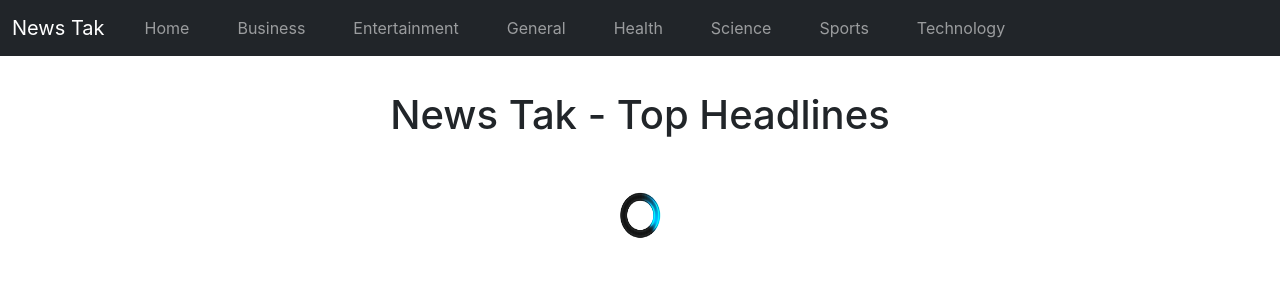
Repository: Rohit-foryou/News-website
Page: /health
The author's editor kept a copy of each file at every save. The page is drawn from the files as they stood at one save, then again after the next save.
The browser window is 1280 px wide. The pictures show the whole page.
The page's requests for data from a server got no answer. The project was rebuilt for these pictures with package versions that can differ from the ones it lists, and the page was loaded fresh each time. No one was signed in, and anything a server would have sent is missing. Also part of the build but not shown: src/Components/NewsItem.js.

Above is the page before, as saved 2024-01-11 23:25:37.

After the next save:
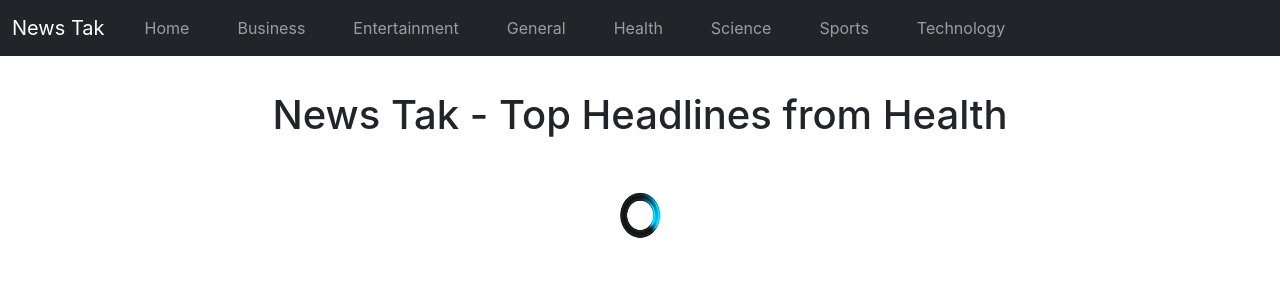
Saved 26 s later.
--- a/src/Components/News.js
+++ b/src/Components/News.js
@@ -20,129 +20,109 @@ export class News extends Component {
     category: PropTypes.string,
   }
 
-  constructor() {
-    super();
+  capitalizeFirstLetter = (string) => {
+    return string.charAt(0).toUpperCase() + string.slice(1);
+  }
+
+  constructor(props) {
+    super(props);
     // console.log("hello i am constructor");
     this.state = {
       articles: [],
       loading: false,
       page: 1,
     };
+    document.title = `${this.capitalizeFirstLetter(this.props.category)} - News Tak`;
   }
 
 
 
   async componentDidMount() {
-    let url =
-      `https://newsapi.org/v2/top-headlines?country=${this.props.country}&category=${this.props.category}&apiKey=fa3dbec13bb44cd2a222250b4aea8871&page=1&pageSize=${this.props.pageSize}`;
-      this.setState({loading: true});
-    let data = await fetch(url);
-    let parsedData = await data.json();
-    console.log(parsedData);
-    this.setState({
-        articles: parsedData.articles, totalResults: parsedData.totalResults, loading: false });
+    this.update();
   }
 
   handleNextClick = async () => {
-    if(!(this.state.page + 1 >Math.ceil(this.state.totalResults/this.props.pageSize))){
-        let url = `https://newsapi.org/v2/top-headlines?country=${this.props.country}&category=${this.props.category}&apiKey=fa3dbec13bb44cd2a222250b4aea8871&page=${this.state.page + 1}&pageSize=${this.props.pageSize}`;
+    this.setState({ page: this.state.page + 1 });
+    this.update();
 
-        this.setState({loading: true});
-        let data = await fetch(url);
-        let parsedData = await data.json();
-        console.log(parsedData);
-
-        this.setState({
-          page: this.state.page + 1,
-          articles: parsedData.articles,
-          loading: false
-        });
-
-    }
   };
 
 
   handlePrevClick = async () => {
-    let url = `https://newsapi.org/v2/top-headlines?country=${this.props.country}&category=${this.props.category}&apiKey=fa3dbec13bb44cd2a222250b4aea8871&page=${this.state.page - 1}&pageSize=${this.props.pageSize}`;
-
-      this.setState({loading: true});
-      let data = await fetch(url);
-      let parsedData = await data.json();
-      console.log(parsedData);
-
-      this.setState({
-        page: this.state.page - 1,
-        articles: parsedData.articles,
-        loading: false,
-      });
+    this.setState({ page: this.state.page - 1 });
+    this.update();
   };
 
   async update() {
-      const url = `https://newsapi.org/v2/top-headlines?country=${this.props.country}&category=${this.props.category}&apiKey=fa3dbec13bb44cd2a222250b4aea8871&page=${this.state.page - 1}&pageSize=${this.props.pageSize}`;
+    this.props.setProgress(0);
+    const url = `https://newsapi.org/v2/top-headlines?country=${this.props.country}&category=${this.props.category}&apiKey=fa3dbec13bb44cd2a222250b4aea8871&page=${this.state.page - 1}&pageSize=${this.props.pageSize}`;
 
-      this.setState({loading: true});
-      let data = await fetch(url);
-      let parsedData = await data.json();
+    this.setState({loading: true});
+    let data = await fetch(url);
+    let parsedData = await data.json();
 
-      this.setState({
-        totalResults: parsedData.data.articles,
-        articles: parsedData.articles,
-        loading: false,
-      });
+    this.setState({
+      totalResults: parsedData.articles,
+      articles: parsedData.articles,
+      loading: false,
+    });
+    this.props.setProgress(100);
 
-  };
+};
 
   fetchMoreData = async () => {
-    this.setState({page: this.state.page+1})
+    this.setState({ page: this.state.page + 1 })
     const url = `https://newsapi.org/v2/top-headlines?country=${this.props.country}&category=${this.props.category}&apiKey=fa3dbec13bb44cd2a222250b4aea8871&page=${this.state.page - 1}&pageSize=${this.props.pageSize}`;
 
-      this.setState({loading: true});
-      let data = await fetch(url);
-      let parsedData = await data.json();
+    this.setState({ loading: true });
+    let data = await fetch(url);
+    let parsedData = await data.json();
 
-      this.setState({
-        totalResults: parsedData.data.articles,
-        articles: this.state.articles.concat(parsedData.articles),
-        loading: false,
-      });
+    this.setState({
+      totalResults: parsedData.totalResults,
+      articles: this.state.articles.concat(parsedData.articles),
+      loading: false,
+    });
   };
 
 
   render() {
     return (
-      <div className="container my-3">
-        <h1 className="text-center" style={{margin: '35px 0px'}}>News Tak - Top Headlines</h1>
+      <>
+        <h1 className="text-center" style={{ margin: '35px 0px' }}>News Tak - Top Headlines from {this.capitalizeFirstLetter(this.props.category)}</h1>
         {/* {this.state.loading && <Spinner/>} */}
 
         <InfiniteScroll
           dataLength={this.state.articles.length}
           next={this.fetchMoreData}
           hasMore={this.state.articles.length !== this.state.totalResults}
-          loader={<Spinner/>}>
+          loader={<Spinner />}>
 
 
-        <div className="row">
-          {this.state.articles.map((element) => {
-            return (
-              <div className="col-md-4" key={element.url}>
-                <NewsItem
-                  title={element.title ? element.title.slice(0, 45) : ""}
-                  description={
-                    element.description ? element.description.slice(0, 83) : ""
-                  }
-                  imgUrl={element.urlToImage}
-                  newsUrl={element.url}
-                  author={element.author}
-                  date={element.publishedAt}
-                  source={element.source.name}
-                  />
-              </div>
-            );
-          })}
-        </div>
+          <div className="container">
+            <div className="row">
+              {this.state.articles.map((element) => {
+                return (
+                  <div className="col-md-4" key={element.url}>
+                    <NewsItem
+                      title={element.title ? element.title.slice(0, 100) : ""}
+                      description={
+                        element.description ? element.description.slice(0, 83) : ""
+                      }
+                      imgUrl={element.urlToImage}
+                      newsUrl={element.url}
+                      author={element.author}
+                      date={element.publishedAt}
+                      source={element.source.name}
+                    />
+                  </div>
+                );
+              })}
+            </div>
+          </div>
         </InfiniteScroll>
 
-      </div>
+      </>
     );
   }
 }
